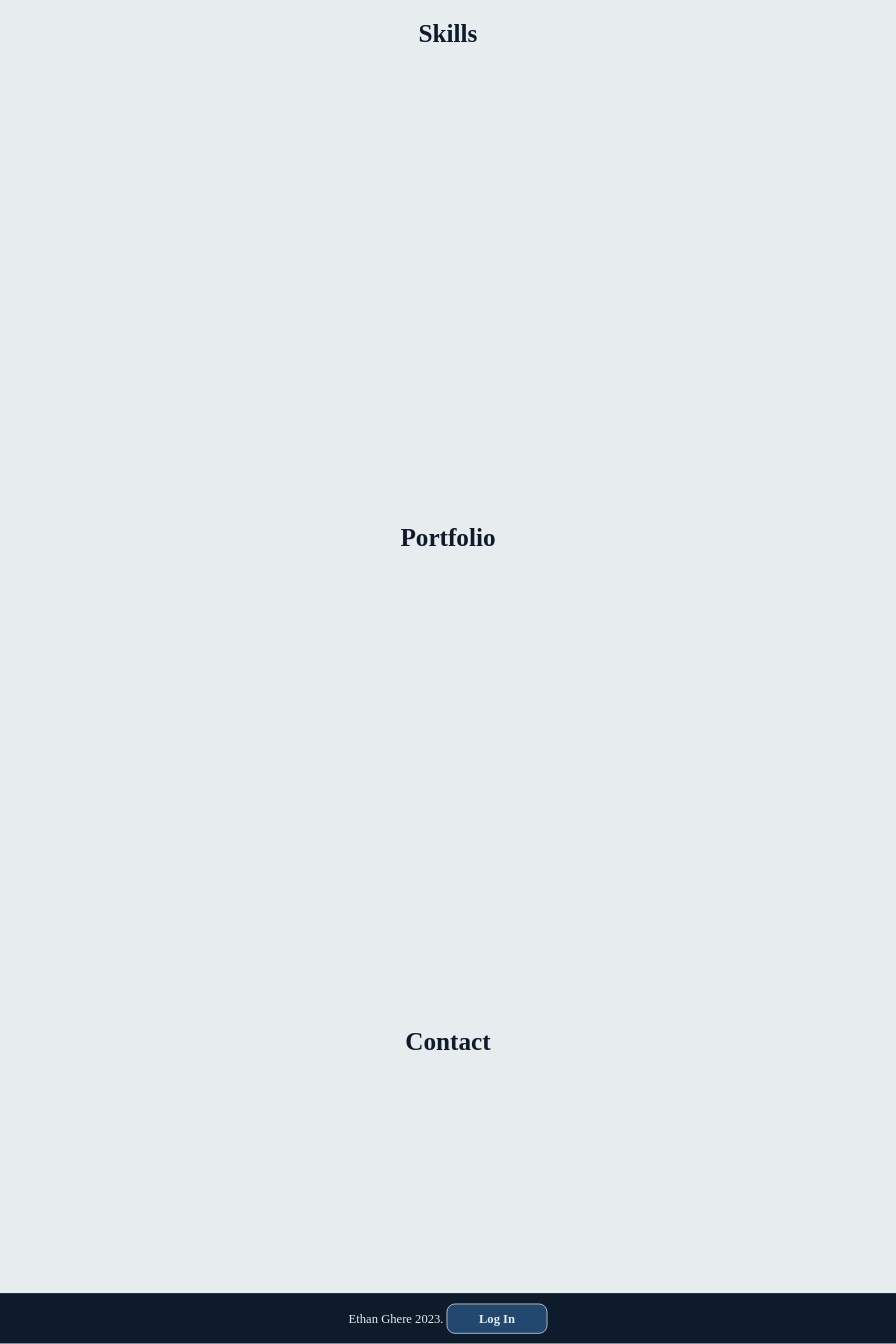
Repository: eghere-bsu/ethanghere-website
Page: http://localhost/php/index.php
An editor plug-in stored every save of this project. The page is shown before and after the next save, followed by the edit.
The browser window is 1280 px wide. The pictures show the part of the page from y = 955 to 2875 px (the page is 2875 px tall), at 70% of full size.
Some web fonts or font styles are not loaded; a fallback is used. The page is run by PHP 8.4 with error messages shown; the project is at /var/www/html/.

Above is the page before, as saved 2023-11-27 15:30:57.

### php/index.php
<?php
  require_once 'navbar.php';
?>

<body>
  <!-- Home -->
  <section id="home">
    <h1>Ethan Ghere</h1>
    <p>Boise State CS major. Aspiring software developer. Forever learner.</p>
    <span>
      <a href="https://www.linkedin.com/in/ethan-ghere-08532a23a" class="button linkedin"><img src="../svg/icons8-linkedin.svg">LinkedIn</a>
      <a href="https://www.facebook.com/profile.php?id=100085450836702" class="button facebook"><img src="../svg/icons8-facebook-24.svg">Facebook</a>
      <a href="https://github.com/eghere-bsu" class="button"><img src="../svg/icons8-github-24.png">GitHub</a>
      <a href="../assets/resume.pdf" class="button">Resume</a>
    </span>
  </section>
  <!-- Skills -->
  <section id="skills">
    <h1>Skills</h1>
  </section>
  <!-- Portfolio -->
  <section id="portfolio">
    <h1>Portfolio</h1>
  </section>
  <!-- Contact -->
  <section id="contact">
    <h1>Contact</h1>
  </section>
  <!-- Footer -->
  <section id="footer">
    <p>Ethan Ghere 2023. <a href="#login" class="button login-modal">Log In</a></p>
  </section>
  <div class="modal" id="login-signup-modal">
      <div class="modal-content">
        <button class="modal-close" onclick="closeModal()">X</button>
        <span class="container">
          <ul>
            <li class="login">
              <a href="#login" class="navlink">Log In</a>
            </li>
            <li class="signup">
              <a href="#signup" class="navlink">Sign Up</a>
            </li>
          </ul>
        </span>
        <span>
        <?php
          if(isset($_SESSION['message'])) {
            echo htmlspecialchars($_SESSION['message'], ENT_QUOTES, 'UTF-8');
            unset($_SESSION['message']);
          }
        ?>
        </span>
        <form method="post" action="login_handler.php" id="login-form">
          <input placeholder="Username: " type="username" id="username" name="username" required>
          <input placeholder="Password: " type="password" id="password" name="password" required>
          <button type="submit" class="button">Log In</button>
        </form>
        <form method="post" action="signup_handler.php" id="signup-form">
          <input placeholder="Username: " type="username" id="username" name="username" required>
          <input placeholder="Password: " type="password" id="password" name="password" required>
          <input placeholder="Confirm password: " type="pwconfirm" id="pwconfirm" name="pwconfirm" required>
          <button type="submit" class="button">Sign Up</button>
        </form>
        <div class="modal-body"></div>
      </div>
    </div>
  <script src="https://code.jquery.com/jquery-3.7.1.min.js"></script>
  <script src="../js/modal.js"></script>
  <script src="../js/scroll.js"></script>
</body>

### php/navbar.php
<?php
   session_start();
   ini_set('display_errors', 1);
   error_reporting(E_ALL);
?>

<!DOCTYPE html>
<html lang="en">

<head>
  <meta charset="UTF-8">
  <title>Ethan Ghere</title>
  <link rel="stylesheet" href="../css/style.css">
  <link rel="icon" type="image/x-icon" href="../favicon.ico">
</head>

<nav>
   <div class="container">
   <ul>
      <li class="home active">
        <a href="#home" class="navlink">Home</a>
      </li>
      <li class="skills">
        <a href="#skills" class="navlink">Skills</a>
      </li>
      <li class="portfolio">
        <a href="#portfolio" class="navlink">Portfolio</a>
      </li>
      <li class="contact">
        <a href="#contact" class="navlink">Contact</a>
      </li>
    </ul>
   </div>
</nav>

### css/style.css
@import url("https://fonts.googleapis.com/css2?family=Roboto+Mono&display=swap");

* {
  padding: 0;
  margin: 0;
  box-sizing: border-box;
}

html {
  font-family: "Roboto Mono";
  font-size: 24px;
  scroll-behavior: smooth;
}

section {
  height: 100vh;
  width: 100%;
  color: #0d1b2a;
  background-color: #e7ecef;
  display: flex;
  flex-direction: column;
  align-items: center;
  justify-content: center;
}

#home {
  height: 80vh;
  color: #e7ecef;
  background-color: #0d1b2a;
  padding: 30px;

  *:not(:first-child) {
    margin-top: 20px;
  }
}

/* TODO
section#skills {}
*/

/* TODO
section#portfolio {} */

section#footer {
  height: 10vh;
  background-color: #0d1b2a;
  color: #e7ecef;
  font-size: 18px;
}

.button {
  display: inline-block;
  padding: 10px 20px;
  width: 8em;
  text-align: center;
  text-decoration: none;
  font-weight: bold;
  border-radius: 12px;
  border: 1px solid #e7ecef;
  color: #e7ecef;
  background-color: #23486f;
  transition: 0.3s ease background-color;

  img {
    position: relative;
    top: 0.1em;
    right: 0.1em;
  }

  &:hover {
    background-color: #f85a3e;
  }

  &:hover:after {
    transition: 0.3s ease background-color;
  }
}

.button.small {
  font-size: 0.8em;
}

.linkedin {
  background-color: #0077b5;
}

.facebook {
  background-color: #3b5998;
}

nav {
  position: sticky;
  top: 0;
  background-color: #e7ecef;
}

.container {
  width: 90%;
  max-width: 1000px;
  min-width: 200px;
  margin: 0 auto;
  text-align: center;
  padding: 10px;

  ul {
    display: inline-block;

    li {
      display: inline-block;

      a {
        display: inline-block;
        text-decoration: none;
        padding: 10px 20px;
        color: #0d1b2a;
        border-radius: 12px;
        transition: 0.3s ease background-color;

        &:hover {
          background-color: rgba(0, 0, 0, 0.25);
        }
      }
    }

    li.active {
      background-color: #f85a3e;
      transition: 0.3s ease background-color;
      border-radius: 12px;

      a {
        color: rgb(231, 236, 239);
      }

      .navlink {
        background-color: #f85a3e;
        transition: 0.3s ease background-color;
        border-radius: 12px;
      }
    }
  }
}


/* modal */

.modal {
  display: none; /* Hide the modal by default */
  position: fixed;
  top: 0;
  left: 0;
  width: 100%;
  height: 100%;
  background-color: rgba(0, 0, 0, 0.4);
}

.modal-content {
  position: fixed;
  top: 50%;
  left: 50%;
  transform: translate(-50%, -50%);
  width: 40%;
  background-color: #e7ecef;
  color: #0d1b2a;
  padding: 20px;

  form {
    display: flex;
    flex-direction: column;
    align-items: center;
    width: 100%;
  }

  form label {
    margin-bottom: 10px;
  }

  form input {
    width: 100%;
    padding: 10px;
    border: 1px solid #ccc;
    border-radius: 4px;
  }

  form button {
    padding: 10px 20px;
    background-color: #23486f;
    border: none;
    border-radius: 4px;
    cursor: pointer;
    text-decoration: none;
  }

  & > .modal-close {
    position: absolute;
    top: 10px;
    right: 10px;
    width: 2em;
    height: 2em;
    border: none;
    cursor: pointer;
    background-color: #23486f;
    color: #e7ecef;
  }

  & > .container {
    display: flex;
    justify-content: center;

    & > a {
      color: #0d1b2a;
    }
  }
}

.modal-body {
  display: flex;
  flex-direction: column;
  justify-content: center;
}

.form-container {
  max-width: 400px;
  width: 100%;
  margin: 0 auto;
  position: relative;
}

### svg/icons8-linkedin.svg
<svg xmlns="http://www.w3.org/2000/svg" xmlns:xlink="http://www.w3.org/1999/xlink" viewBox="0,0,256,256" width="24px" height="24px"><g transform="translate(-24.32,-24.32) scale(1.19,1.19)"><g fill="#e7ecef" fill-rule="nonzero" stroke="none" stroke-width="1" stroke-linecap="butt" stroke-linejoin="miter" stroke-miterlimit="10" stroke-dasharray="" stroke-dashoffset="0" font-family="none" font-weight="none" font-size="none" text-anchor="none" style="mix-blend-mode: normal"><g transform="scale(5.12,5.12)"><path d="M41,4h-32c-2.76,0 -5,2.24 -5,5v32c0,2.76 2.24,5 5,5h32c2.76,0 5,-2.24 5,-5v-32c0,-2.76 -2.24,-5 -5,-5zM17,20v19h-6v-19zM11,14.47c0,-1.4 1.2,-2.47 3,-2.47c1.8,0 2.93,1.07 3,2.47c0,1.4 -1.12,2.53 -3,2.53c-1.8,0 -3,-1.13 -3,-2.53zM39,39h-6c0,0 0,-9.26 0,-10c0,-2 -1,-4 -3.5,-4.04h-0.08c-2.42,0 -3.42,2.06 -3.42,4.04c0,0.91 0,10 0,10h-6v-19h6v2.56c0,0 1.93,-2.56 5.81,-2.56c3.97,0 7.19,2.73 7.19,8.26z"></path></g></g></g></svg>

### svg/icons8-facebook-24.svg
<svg xmlns="http://www.w3.org/2000/svg" xmlns:xlink="http://www.w3.org/1999/xlink" viewBox="0,0,256,256" width="24px" height="24px"><g transform="translate(-43.52,-43.52) scale(1.34,1.34)"><g fill-opacity="0" fill="#d72020" fill-rule="nonzero" stroke="none" stroke-width="1" stroke-linecap="butt" stroke-linejoin="miter" stroke-miterlimit="10" stroke-dasharray="" stroke-dashoffset="0" font-family="none" font-weight="none" font-size="none" text-anchor="none" style="mix-blend-mode: normal"><path d="M32.47761,223.52239v-191.04478h191.04478v191.04478z" id="bgRectangle"></path></g><g fill="#e7ecef" fill-rule="nonzero" stroke="none" stroke-width="1" stroke-linecap="butt" stroke-linejoin="miter" stroke-miterlimit="10" stroke-dasharray="" stroke-dashoffset="0" font-family="none" font-weight="none" font-size="none" text-anchor="none" style="mix-blend-mode: normal"><g transform="scale(10.66667,10.66667)"><path d="M19,3h-14c-1.105,0 -2,0.895 -2,2v14c0,1.105 0.895,2 2,2h7.621v-6.961h-2.343v-2.725h2.343v-2.005c0,-2.324 1.421,-3.591 3.495,-3.591c0.699,-0.002 1.397,0.034 2.092,0.105v2.43h-1.428c-1.13,0 -1.35,0.534 -1.35,1.322v1.735h2.7l-0.351,2.725h-2.365v6.965h3.586c1.105,0 2,-0.895 2,-2v-14c0,-1.105 -0.895,-2 -2,-2z"></path></g></g></g></svg>

### js/modal.js
$(document).ready(function () {
   // Open login-signup modal
   $('.login-modal').click(function () {
      $('#login-signup-modal').show();
      $('#login-form').show();
      $('#signup-form').hide();
      $('.signup').removeClass('active');
      $('.login').addClass('active');
   });

   // Login button
   $('.login').click(function () {
      $('#login-form').show();
      $('#signup-form').hide();
      $('.signup').removeClass('active');
      $('.login').addClass('active');
   });

   // Show the signup form when the signup button is clicked
   $('.signup').click(function () {
      $('#signup-form').show();
      $('#login-form').hide();
      $('.login').removeClass('active');
      $('.signup').addClass('active');
   });

   // Close modal
   $('.modal-close').click(function () {
      $('#login-signup-modal').hide();
   });

   // Handle modal opening from a redirect
   if (window.location.href.indexOf('#login') !== -1 || window.location.href.indexOf('#signup') !== -1) {
      $('#login-signup-modal').show();

      if (window.location.href.indexOf('#login') !== -1) {
         $('#login-form').show();
         $('#signup-form').hide();
         $('.login').addClass('active');
         $('.signup').removeClass('active');
      } else {
         $('#signup-form').show();
         $('#login-form').hide();
         $('.signup').addClass('active');
         $('.login').removeClass('active');
      }
   }
});

### js/scroll.js
const sections = document.querySelectorAll("section");
const navLi = document.querySelectorAll("nav .container ul li");
window.addEventListener("scroll", () => {
  let current = "";
  sections.forEach((section) => {
    const sectionTop = section.offsetTop;
    const sectionHeight = section.clientHeight;
    if (pageYOffset >= sectionTop - sectionHeight / 3) {
      current = section.getAttribute("id");
    }
  });

  navLi.forEach((li) => {
    li.classList.remove("active");
    if (li.classList.contains(current)) {
      li.classList.add("active");
    }
  });
});

After the next save:
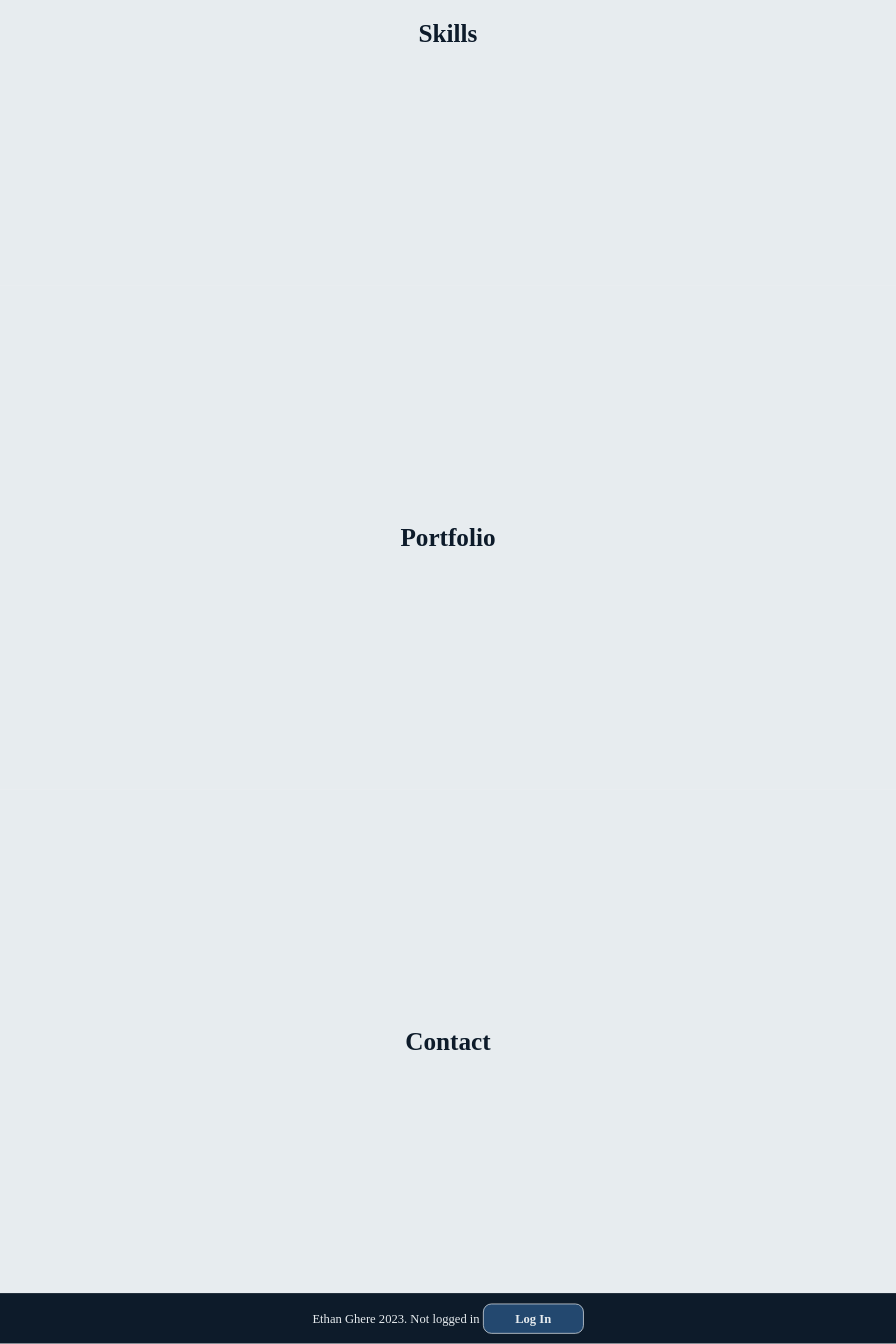
Saved 52 s later.
--- a/php/index.php
+++ b/php/index.php
@@ -28,7 +28,19 @@
   </section>
   <!-- Footer -->
   <section id="footer">
-    <p>Ethan Ghere 2023. <a href="#login" class="button login-modal">Log In</a></p>
+    <p>Ethan Ghere 2023.
+      <?php
+        if (isset($_SESSION['auth']) && $_SESSION['auth'] === true) {
+          if (isset($_SESSION['username'])) {
+            echo 'Logged in as ' . $_SESSION['username'];
+          } else {
+            echo 'Username not found';
+          }
+        } else {
+          echo 'Not logged in';
+        }
+      ?>
+      <a href="#login" class="button login-modal">Log In</a></p>
   </section>
   <div class="modal" id="login-signup-modal">
       <div class="modal-content">
